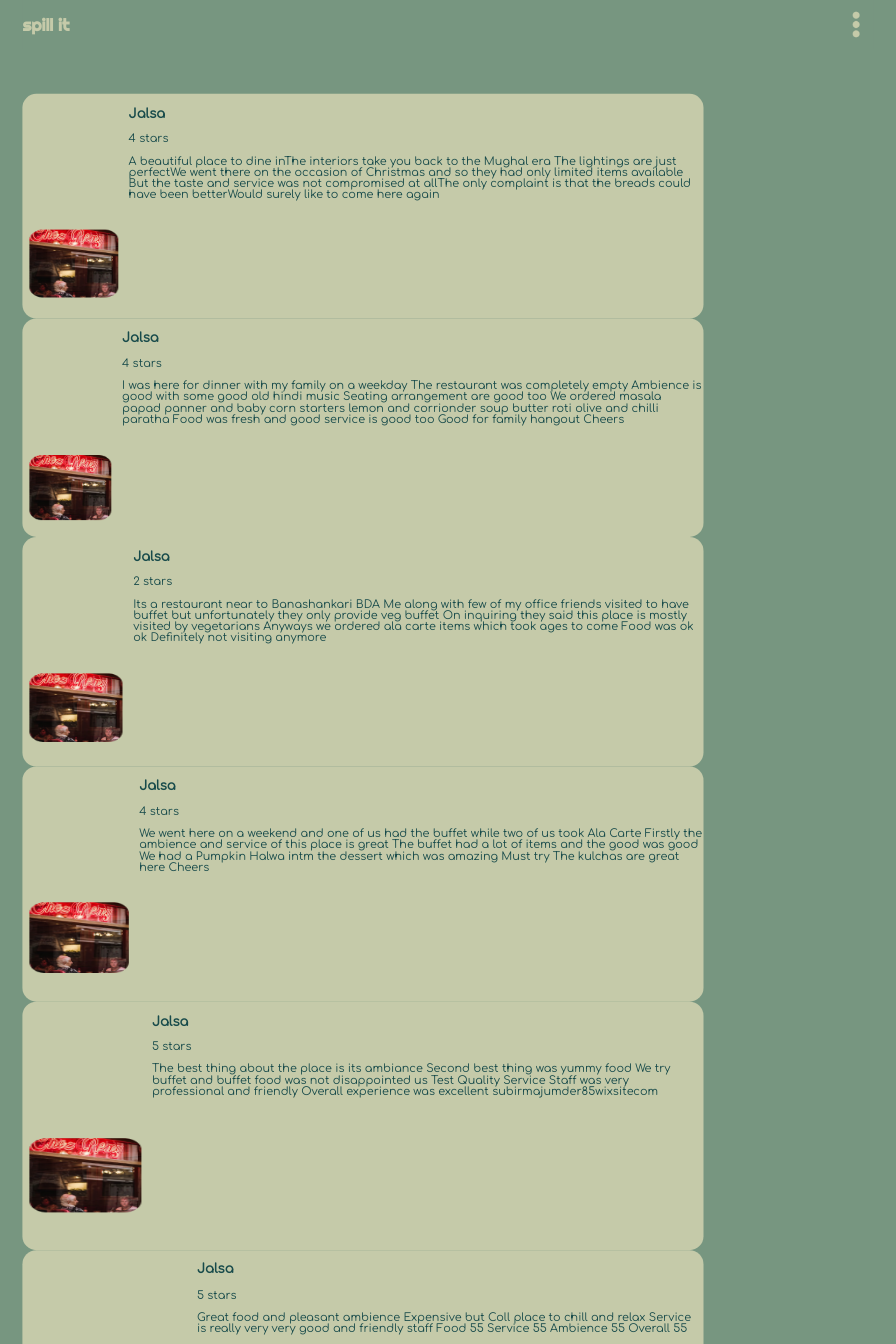
Repository: shaelorch/spillit
Page: /findASpot
These files come from the project's save history. The page is drawn as it stood at one moment and after the next save; the edit follows.
The browser window is 1280 px wide. The pictures show the part of the page from y = 0 to 1920 px (the page is 601989 px tall before and 603541 px after), at 70% of full size.
The project was rebuilt for these pictures with package versions that can differ from the ones it lists, and the page was loaded fresh each time. The framework's server and built-in components were replaced by stand-ins that run in the browser. Also part of the build but not shown: next.config.js, components/HeroCont.js, components/Button.js, components/SubButton.js, components/Header.js, components/popMenu.js.

Above is the page before, as saved 2023-02-10 14:49:27.

After the next save:
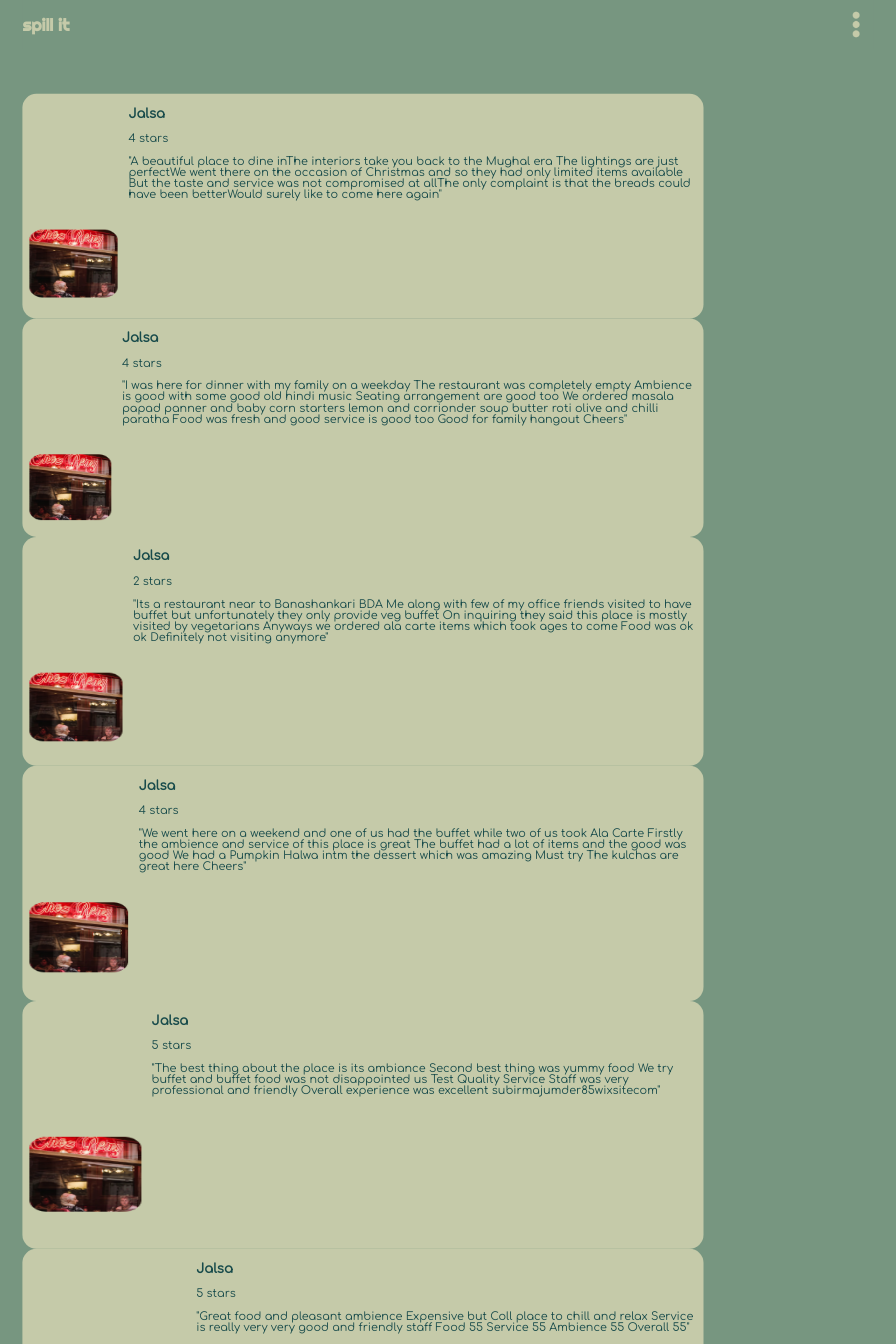
Saved 40 s later.
--- a/pages/findASpot.js
+++ b/pages/findASpot.js
@@ -33,7 +33,7 @@
               key={index}
               name={rev.name}
               rating={`${rev.rating} stars`}
-              review={rev.review}></RevCard>
+              review={`"${rev.review}"`}></RevCard>
             )
           })
 
